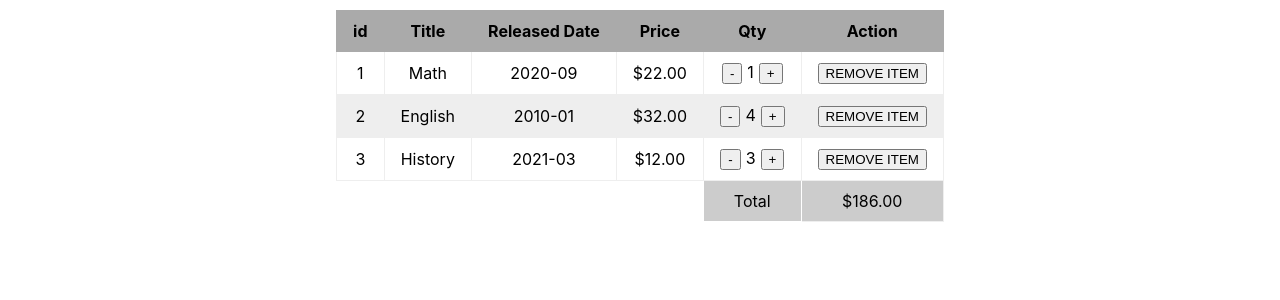
Repository: vgg1kkh/myBookStoreBasket
Page: /
These files come from the project's save history. The page is drawn as it stood at one moment and after the next save; the edit follows.
The browser window is 1280 px wide. The pictures show the whole page.
The project was rebuilt for these pictures with package versions that can differ from the ones it lists, and the page was loaded fresh each time.

Above is the page before, as saved 2021-10-07 20:43:43.

After the next save:
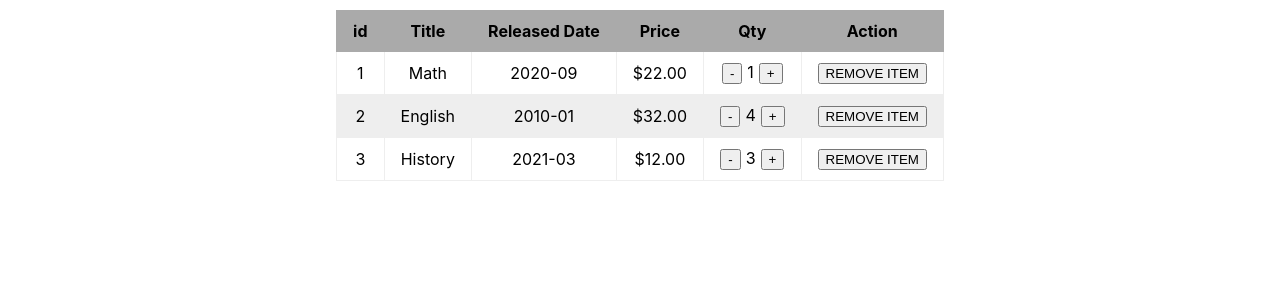
Saved 7 s later.
--- a/src/App.js
+++ b/src/App.js
@@ -108,7 +108,7 @@ export default class App extends Component {
               {this.state.bookList.length > 0
                 ? this.renderBooks()
                 : this.renderEmyptTip()}
-              <tr sty>
+              <tr style={{display:'none'}}>
                 <td></td>
                 <td></td>
                 <td></td>
